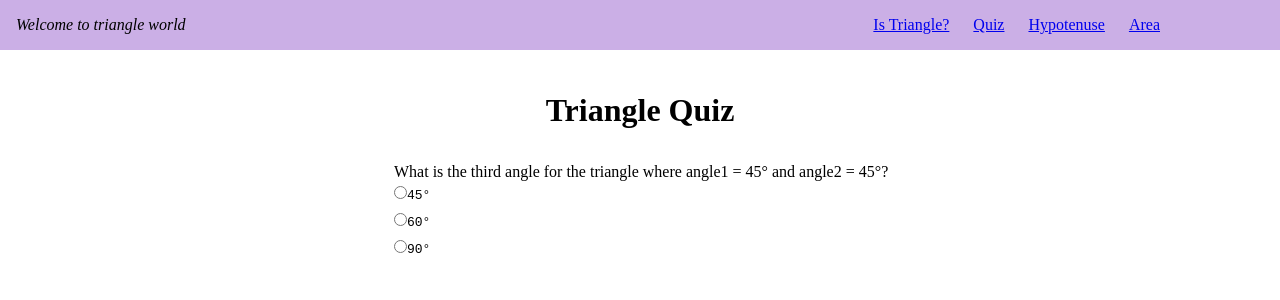
Repository: patelamancode/Fun-with-trianles
Page: quiz.html
The author's editor kept a copy of each file at every save. The page is drawn from the files as they stood at one save, then again after the next save.
The browser window is 1280 px wide. The pictures show the whole page.

Above is the page before, as saved 2022-11-28 19:10:11.
Console error: TypeError: Cannot read properties of null (reading 'addEventListener')

### quiz.html
<!DOCTYPE html>
<html lang="en">
<head>
    <meta charset="UTF-8">
    <meta http-equiv="X-UA-Compatible" content="IE=edge">
    <meta name="viewport" content="width=device-width, initial-scale=1.0">
    <link rel="stylesheet" href="index.css">
    <title>Quiz-page</title>
</head>
<body>
    <nav id="navbar">
        <p id="nav-title">Welcome to triangle world</p>
        <div id="nav-links">
            <a href="index.html" id="Is-triangle">Is Triangle?</a>
            <a href="quiz.html" id="Is-triangle">Quiz</a>
            <a href="hypotenuse.html" id="hypo">Hypotenuse</a>
            <a href="area.html" id="area">Area</a>
        </div>
    </nav>
    <div id="main-container">
        <h1>Triangle Quiz</h1>
        <form >
            <div class="question-container">
                <p>What is the third angle for the triangle where angle1 = 45° and angle2 = 45°?</p>
                <label for="value1" class="quiz-option"><input type="radio" name="question1" />45°</label>
                <label for="value2" class="quiz-option"><input type="radio" name="question1" />60°</label>
                <label for="value3" class="quiz-option"><input type="radio" name="question1" />90°</label>
            </div>
        </form>
    </div>
    <script src="index.js"></script>
</body>
</html>

### index.css
* {
  margin: 0;
  padding: 0;
}

#navbar {
  background-color: rgba(143, 82, 201, 0.459);
  display: flex;
  flex-direction: row;
  justify-content: space-between;
  padding: 1rem;
}
#nav-title {
  font-style: italic;
  font-weight: 300;
  font-size: medium;
}
#nav-links {
  display: flex;
  flex-direction: row;
  justify-content: space-around;
  margin-right: 5rem;
}

#nav-links a {
    display: flex;
    margin-right: 1.5rem;
    cursor: pointer;
}

#main-container {
  display: flex;
  flex-direction: column;
  width: 40vw;
  margin: auto;
  margin-top: 2rem;
  padding: 10px;
  text-align: center;
}

.app-title {
  margin: 2rem 0 0 0;
}

#error-check-for-angles{
  background-color: yellow;
  display: none;
  padding: 0.5rem;
}

label {
  margin-top: 2rem;
  margin-bottom: 0.3rem;
  text-align: left;
  font-family: monospace;
}
input {
  border: 2px solid rgb(134, 55, 207);
  border-radius: 5px;
  padding: 5px;
}

/* For Quiz page */

.question-container{
  display: flex;
  flex-direction: column;
  width: 50vw;
  margin: auto;
  padding: 10px;

}
.question-container p{
  text-align: left;
  margin-top: 1.5rem;
}
.question-container .quiz-option{
  margin-top: 5px;
}



#check-btn {
  margin: auto;
  text-align: center;
  margin-top: 2rem;
  width: 40%;
  padding: 5px 0px;
  background-color: rgba(143, 82, 201, 0.521);
  border: 1px solid;
  border-radius: 5px;
}
#result-display {
    display: none;
    padding-top: 1rem;
    font-style: italic;
    margin: auto;
  }

### index.js
const angle1 = document.querySelector('#angle1-input');
const angle2 = document.querySelector('#angle2-input');
const angle3 = document.querySelector('#angle3-input');
const button = document.querySelector('#check-btn');
const output = document.querySelector('#result-display');
const errorForInputs = document.querySelector('#error-check-for-angles');

// function errorForInputs(msg){
//     errorForInputs.style.display = "flex";
//     errorForInputs.innerText = msg;
// }
function showOutputMessage(msg){
    output.style.display = "flex";
    output.innerText = msg;
}
// For Is triangle :
function calculateSumOfAngles(input1,input2,input3){
    const sumOfAngles = input1 +input2 +input3;
    if(sumOfAngles === 180){
        showOutputMessage("Yeah..🤗This is a triangle");
    }else {
        showOutputMessage("Please enter some valid inputs to form a triangle 🤪");
    }
}
function isTriangle(){
    var num1 = Number(angle1.value);
    var num2 = Number(angle2.value);
    var num3 = Number(angle3.value);
    if(!num1 || !num2 || !num3){
        console.log("Please make sure about all inputs as per mention format");
    }else {
        calculateSumOfAngles(num1,num3,num3);
    }
}

// For Quiz :





button.addEventListener('click', function(){
    isTriangle();
})

After the next save:
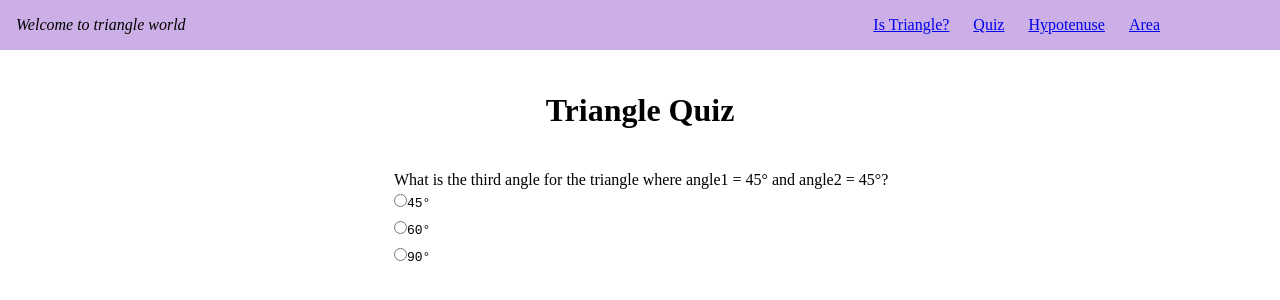
Saved 14 s later.
--- a/index.css
+++ b/index.css
@@ -72,7 +72,7 @@ input {
 }
 .question-container p{
   text-align: left;
-  margin-top: 1.5rem;
+  margin-top: 2rem;
 }
 .question-container .quiz-option{
   margin-top: 5px;
